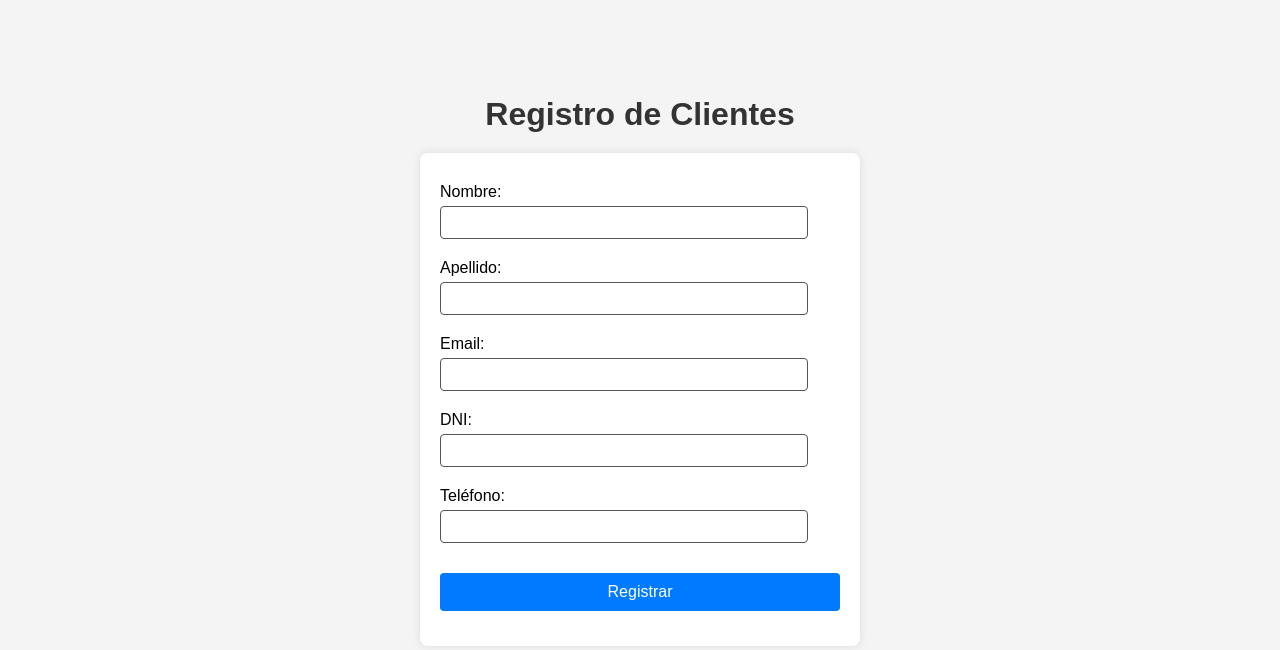
Repository: kevinqg0/Proyecto-Final-Gestion-Hotelera
Page: http://localhost/ProyectoGestionHotelera/RegistroCliente.jsp
An editor plug-in stored every save of this project. The page is shown before and after the next save, followed by the edit.
The browser window is 1280 px wide. The pictures show the whole page.
The page is served by Tomcat 9. Other server files are loaded and not shown.

Above is the page before, as saved 2024-10-23 00:54:31.

### ProyectoGestionHotelera/src/main/webapp/RegistroCliente.jsp
<%@ page language="java" contentType="text/html; charset=ISO-8859-1" pageEncoding="ISO-8859-1"%>

<!DOCTYPE html>
<html lang="es">
<head>
    <meta charset="ISO-8859-1">
    <meta name="viewport" content="width=device-width, initial-scale=1.0">
    <title>Registro de Cliente</title>


    <link rel="stylesheet" href="estilos/registro.css">

    <style>
        body {
            font-family: Arial, sans-serif;
            background-color: #f4f4f4;
            color: black;
            display: flex;
            justify-content: center;
            align-items: center;
            height: 100vh;
            margin: 0;
        }

        .box-registro {
            background-color: #fff;
            padding: 20px;
            border-radius: 8px;
            box-shadow: 0 0 10px rgba(0, 0, 0, 0.1);
            width: 400px;
            max-width: 100%;
        }

        h1 {
            text-align: center;
            color: #333;
        }

        h2 {
            text-align: center;
            color: #666;
            margin-bottom: 20px;
        }

        form {
            display: flex;
            flex-direction: column;
        }

        label {
            margin-bottom: 5px;
            color: black;
        }

        select, input[type="date"], button {
            padding: 10px;
            margin-bottom: 15px;
            border: 1px solid #ccc;
            border-radius: 4px;
            font-size: 16px;
            color: black;
        }

        select:focus, input[type="date"]:focus, button:focus {
            border-color: #007bff;
            outline: none;
        }

        button {
            background-color: #007bff;
            color: #fff;
            border: none;
            cursor: pointer;
            transition: background-color 0.3s ease;
        }

        button:hover {
            background-color: #0056b3;
        }

        }
    </style>

</head>
<body>
    <h1>Registro de Clientes</h1>
    <div class="box-registro">
        <form action="ControladorCliente" method="post">

            <label for="nombre">Nombre:</label>
            <input type="text" id="nombre" name="nom" required>

            <label for="apellido">Apellido:</label>
            <input type="text" id="apellido" name="ape" required>

            <label for="email">Email:</label>
            <input type="email" id="email" name="email" required>

            <label for="dni">DNI:</label>
            <input type="text" id="dni" name="dni" required>

            <label for="telefono">Teléfono:</label>
            <input type="tel" id="telefono" name="telf" required>

            <button type="submit">Registrar</button>
        </form>
    </div>
</body>
</html>

### ProyectoGestionHotelera/src/main/webapp/estilos/registro.css
body {
    display: flex;
    flex-direction: column;
    justify-content: center;
    align-items: center;
    height: 100vh;
    margin: 0;
    font-family: Arial, sans-serif;
    background-color: black;
    background-size: cover;
    color: black;
}

h1 {
    margin-bottom: 20px;
    font-size: 2em;
    color: #ffcc00;
}

.box-registro {
    background-color: rgba(30, 30, 30, 0.8);
    padding: 20px;
    border-radius: 8px;
    box-shadow: 0 0 10px rgba(255, 255, 255, 0.1);
    width: 400px;
    text-align: center;
}

h2 {
    margin-bottom: 20px;
    color: #ffcc00;
}

label {
    display: block;
    margin: 10px 0 5px;
    text-align: left;
    color: #fff;
}

input {
    width: 350px;
    padding: 8px;
    margin-bottom: 10px;
    border: 1px solid #555;
    border-radius: 4px;
    color: #000; /* Cambiado a negro para mejor legibilidad */
    background-color: #fff; /* Fondo blanco para mejor contraste */
}

button {
    width: 100%;
    padding: 10px;
    background-color: #ffcc00;
    color: #000;
    border: none;
    border-radius: 4px;
    cursor: pointer;
    margin-top: 20px;
}

button:hover {
    background-color: #e6b800;
}

After the next save:
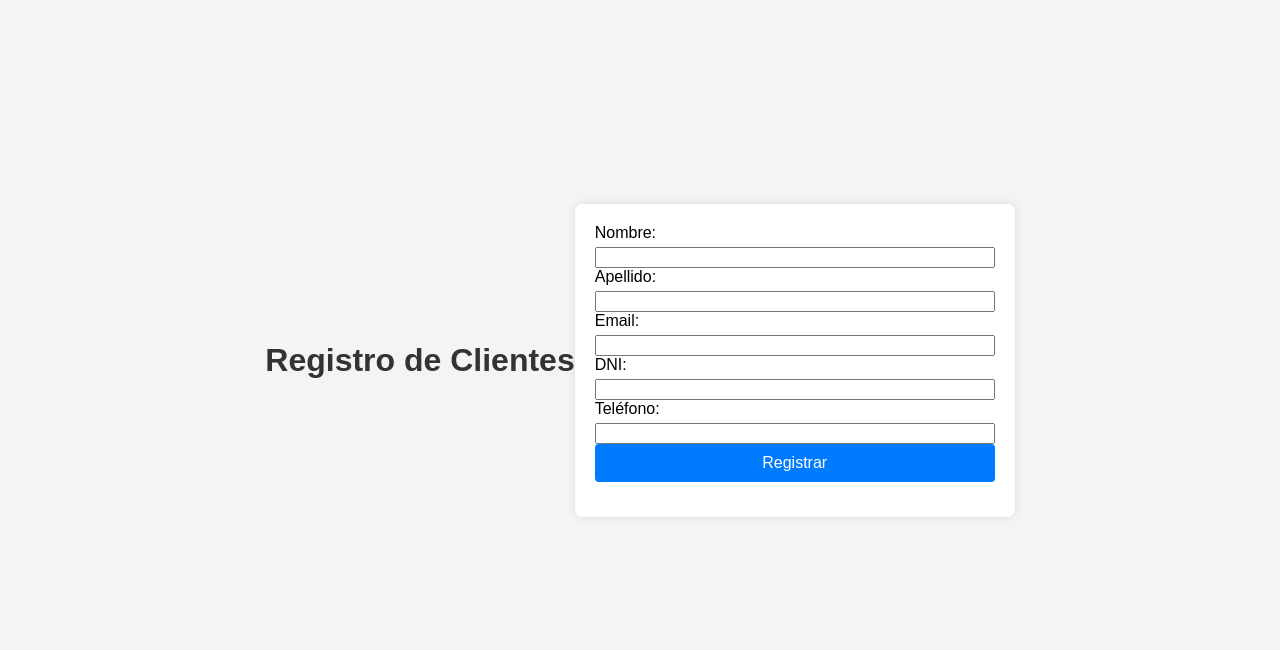
Saved 5 s later.
--- a/ProyectoGestionHotelera/src/main/webapp/RegistroCliente.jsp
+++ b/ProyectoGestionHotelera/src/main/webapp/RegistroCliente.jsp
@@ -8,7 +8,7 @@
     <title>Registro de Cliente</title>
 
 
-    <link rel="stylesheet" href="estilos/registro.css">
+
 
     <style>
         body {

After the save that followed:
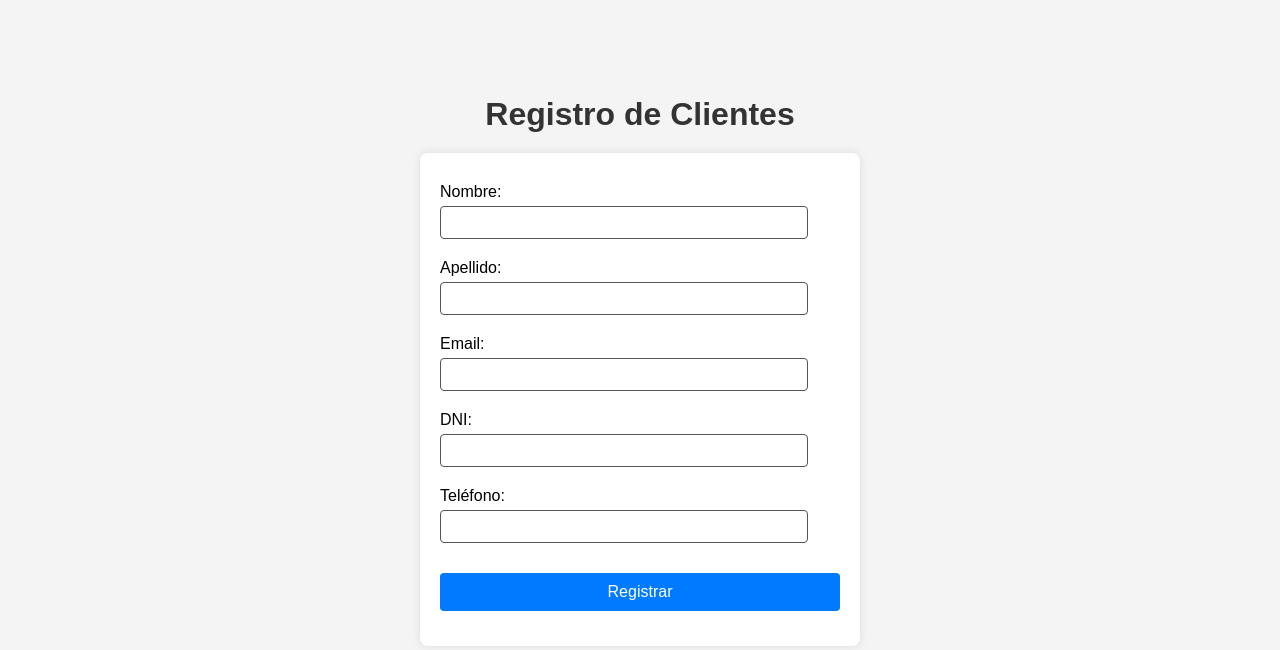
Saved 16 s later.
--- a/ProyectoGestionHotelera/src/main/webapp/RegistroCliente.jsp
+++ b/ProyectoGestionHotelera/src/main/webapp/RegistroCliente.jsp
@@ -8,7 +8,7 @@
     <title>Registro de Cliente</title>
 
 
-
+    <link rel="stylesheet" href="estilos/registro.css">
 
     <style>
         body {
